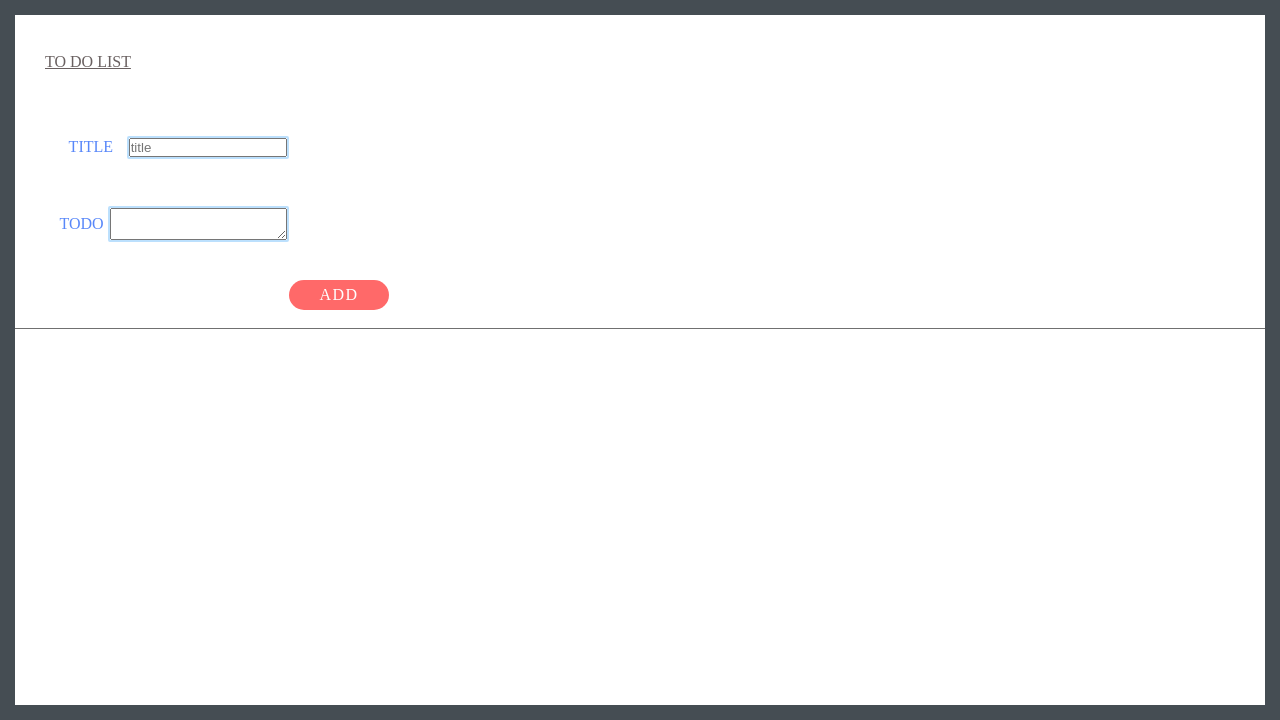
Repository: NagataRyuji0630/shinjin-otameshi
Page: todo_white_board.html
These files come from the project's save history. The page is drawn as it stood at one moment and after the next save; the edit follows.
The browser window is 1280 px wide. The pictures show the whole page.

Above is the page before, as saved 2020-06-11 23:10:25.
Not found: todoWhiteBoard.js

### todo_white_board.html
<!DOCTYPE html>
<html lang="ja">

<head>
    <meta charset="UTF-8">
    <meta name="viewport" content="width=device-width, initial-scale=1.0">
    <meta http-equiv="X-UA-Compatible" content="ie=edge">
    <link rel="stylesheet" href="./todo_white_board.css">
    <script src="./constants.js"></script>
    <script src="./domAction.js"></script>
    <script src="./todoWhiteBoard.js"></script>
    <title>Todo White Board</title>
</head>

<body>
    <div class="white_board display_flex_justify direction_colum">

        <div id="board_title_container" class="display_flex_align">
            <div id="board_title">TO DO LIST</div>
        </div>

        <div id="form_container" class="display_flex_justify direction_colum">

            <div class="input_content display_flex_all direction_row">
                <div class="input_title display_flex_all">TITLE</div>
                <div class="blue_form display_flex_all">
                    <input id="todo_title" type="text" placeholder="title" />
                </div>
            </div>

            <div class="input_content display_flex_all direction_row">
                <div class="input_title display_flex_all">TODO</div>
                <div class="blue_form display_flex_all">
                    <textarea id="todo_detail"></textarea>
                </div>

            </div>

            <div id="btn_container" class="display_flex_align">
                <div class="btn red_btn display_flex_all" id="todo_add_btn">
                    <div class="btn_text">ADD</div>
                </div>
            </div>
        </div>

        <div id="todo_list_container"></div>
    </div>
</body>

</html>

### todo_white_board.css
* {
    margin: 0px;
    padding: 0px;
    box-sizing: border-box;
}

body, html {
    width: 100%;
    height: 100%;
    font-size: 16px;
    overflow-x: hidden;
}

.display_flex_all {
    display: flex;
    justify-content: center;
    align-items: center;
}

.display_flex_justify {
    display: flex;
    justify-content: center;
}

.display_flex_align {
    display: flex;
    align-items: center;
}

.direction_colum {
    flex-direction: column;
}

.direction_row {
    flex-direction: row;
}

.white_board {
    width: 100%;
    height: 100%;
    border: 15px solid #454D53;
}

#board_title_container {
    width: auto;
    height: 15%;
    padding-left: 30px;
}

#board_title {
    text-align: center;
    text-decoration: underline;
    font: Bold 50px;
    letter-spacing: 0px;
    color: #696060;
}

#form_container {
    width: 100%;
    height: 35%;
    padding: 0px 40px;
    border-bottom: 1px solid #707070;
}

.input_content {
    width: 20%;
    height: 35%;
}

.input_title {
    width: 35%;
    height: 100%;
    text-align: center;
    font: Bold 20px;
    letter-spacing: 0px;
    color: #5887F9;
}

.blue_form {
    background: #F1F9FF 0% 0% no-repeat padding-box;
    border: 2px solid #BCE0FD;
    border-radius: 2px;
}

#todo_title {
    text-align: left;
    width: 100%;
    height: 100%;
}

#todo_detail {
    text-align: left;
    font: Bold 20px;
    letter-spacing: 0px;
    color: #5887F9;
}

#btn_container {
    width: 100%;
    height: 30%;
}

.btn {
    width: 100px;
    height: 30px;
    border-radius: 24px;
}

.red_btn {
    background-color: #FF6969;
}

#todo_add_btn {
    position: relative;
    left: 20%
}

.btn_text {
    text-align: center;
    font: Bold 24px;
    letter-spacing: 1.44px;
    color: #FFFFFF;
}

#todo_list_container {
    width: 100%;
    height: 60%;
}

Loaded but not shown: constants.js (no stored copy; drawn as an empty file); domAction.js (no stored copy; drawn as an empty file)

After the next save:
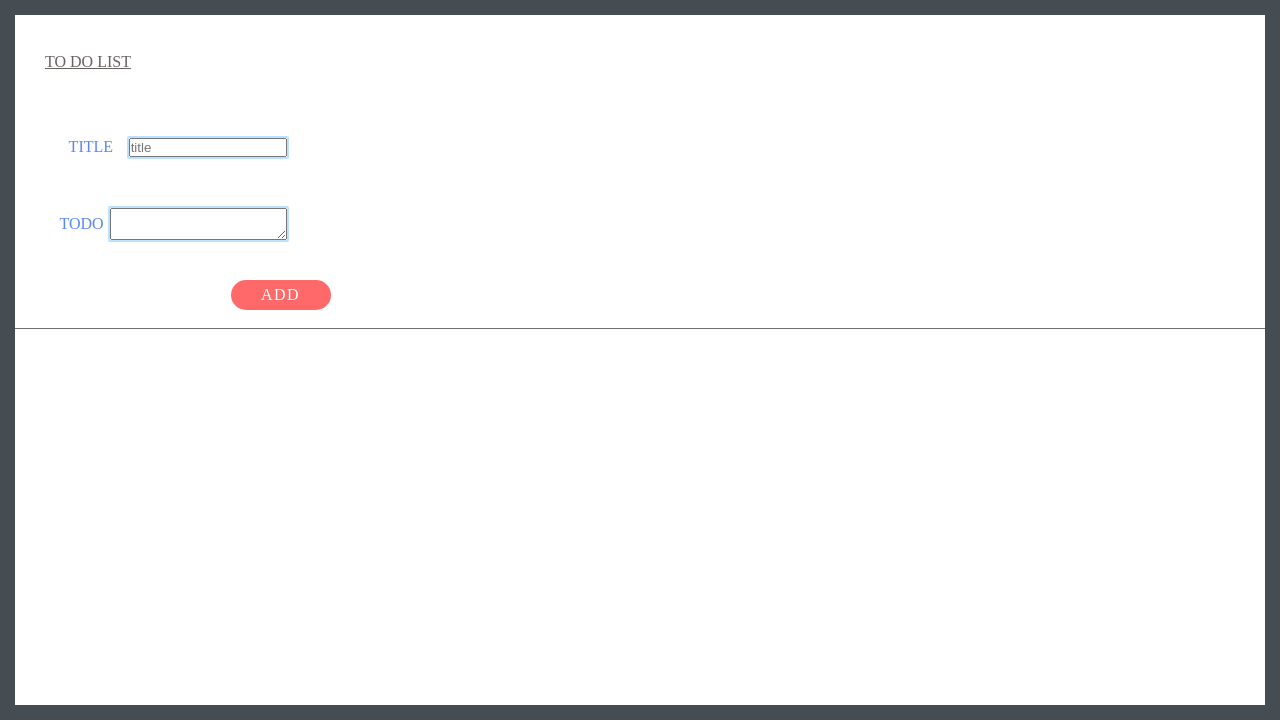
Saved 74 s later.
--- a/todo_white_board.css
+++ b/todo_white_board.css
@@ -112,7 +112,7 @@
 
 #todo_add_btn {
     position: relative;
-    left: 20%
+    left: 15%
 }
 
 .btn_text {
